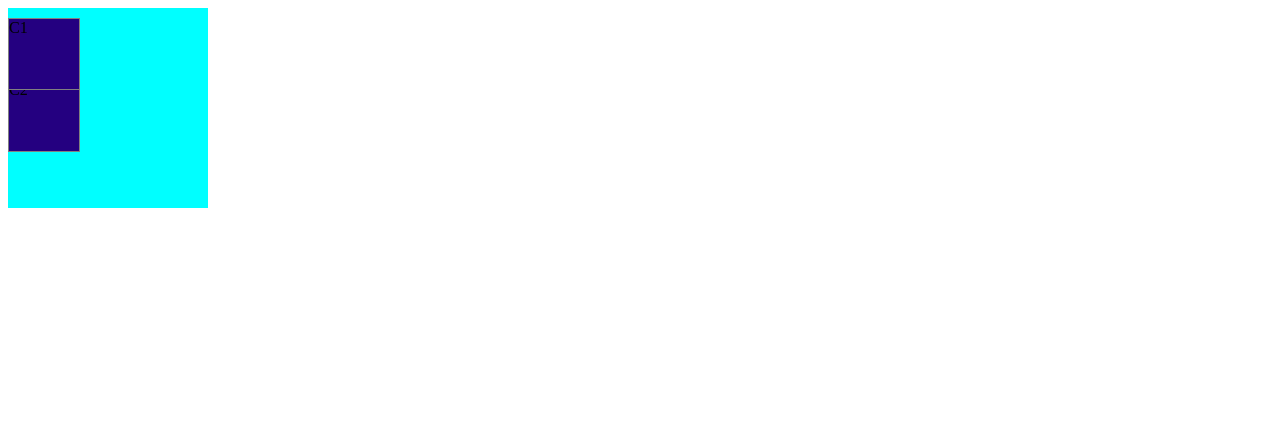
Repository: nepali2385/FUll-stack-practice
Page: Day5/Day5/position.html
An editor plug-in stored every save of this project. The page is shown before and after the next save, followed by the edit.
The browser window is 1280 px wide. The pictures show the whole page.

Above is the page before, as saved 2024-08-27 15:56:19.

### Day5/Day5/position.html
<!DOCTYPE html>
<html lang="en">
<head>
    <meta charset="UTF-8">
    <meta name="viewport" content="width=device-width, initial-scale=1.0">
    <title>Document</title>
    <link rel="stylesheet" href="position.css">
</head>
<body>
    <!-- Position in css -->
    <div class="p">
        <div class="c1">C1</div>
        <div class="c2">C2</div>
    </div>
</body>
</html>

### Day5/Day5/position.css
/* Positions in css */
.p{
    height:200px;
    width:200px;
    background-color: aqua;
}
.c1,.c2{
    height:70px;
    width:70px;
    background-color: rgb(36, 0, 128);
    border:1px solid grey;
}
.c1{
    position:relative;
    top:10px

}

After the next save:
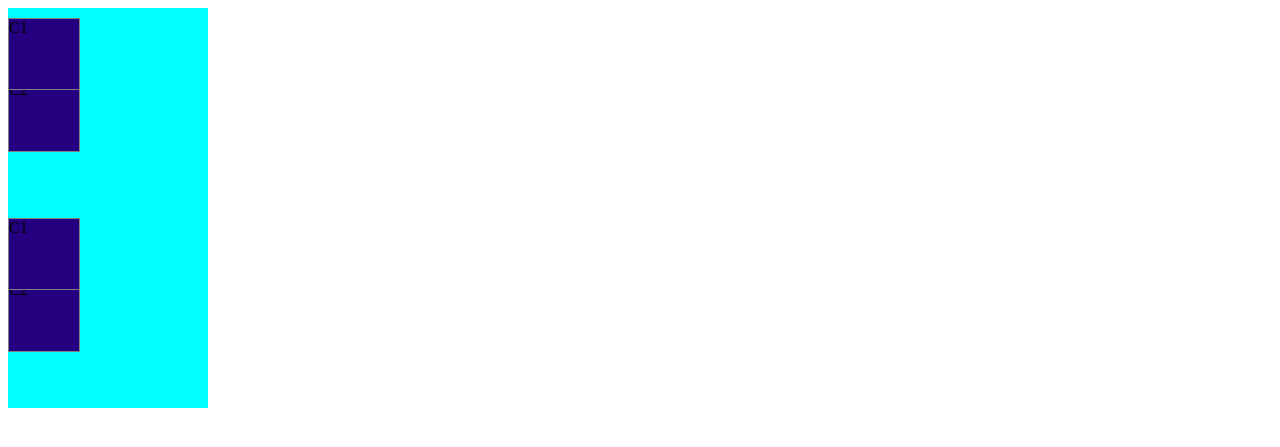
Saved 37 s later.
--- a/Day5/Day5/position.html
+++ b/Day5/Day5/position.html
@@ -12,5 +12,10 @@
         <div class="c1">C1</div>
         <div class="c2">C2</div>
     </div>
+    <div class="p">
+        <div class="c1">C1</div>
+        <div class="c2">C2</div>
+    </div>
+
 </body>
 </html>
